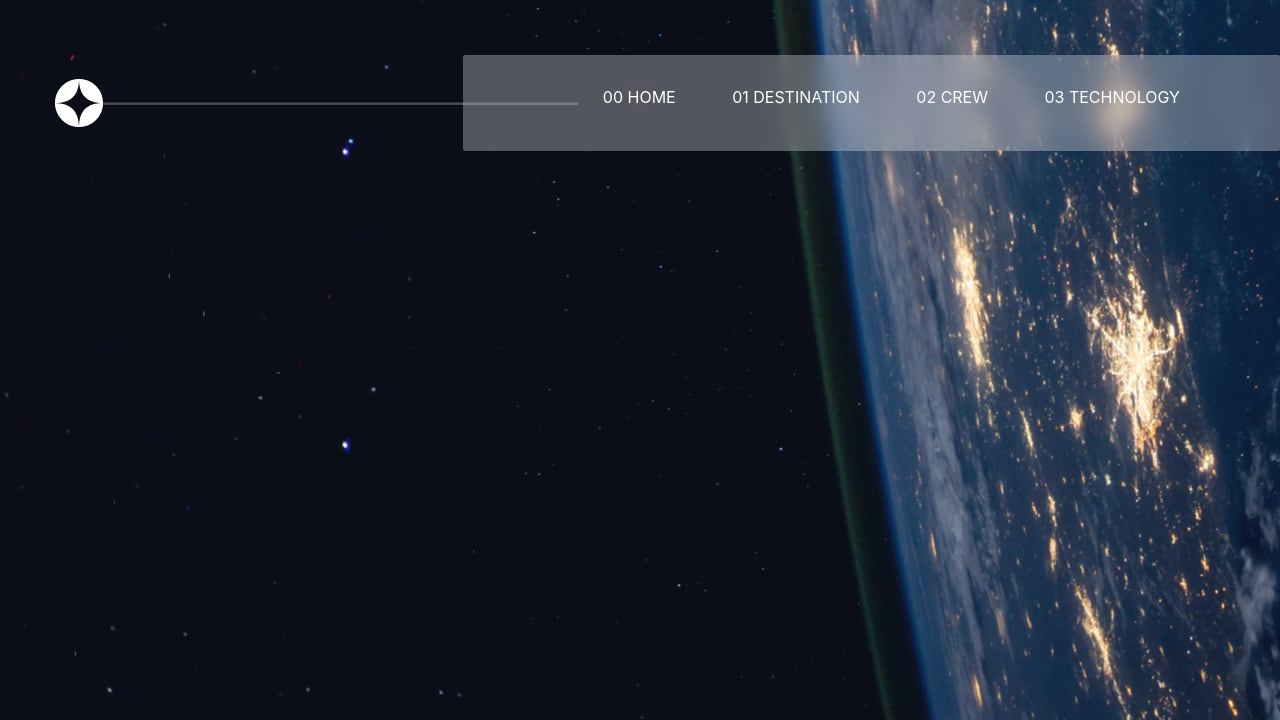
Repository: jhonenmanuel1/FrontEndMentor-MultiPageSpace
Page: /
An editor plug-in stored every save of this project. The page is shown before and after the next save, followed by the edit.
The browser window is 1280 px wide. The pictures show the whole page.
The project was rebuilt for these pictures with package versions that can differ from the ones it lists, and the page was loaded fresh each time. Also part of the build but not shown: src/views/home.js.

Above is the page before, as saved 2022-06-23 21:44:40.

After the next save:
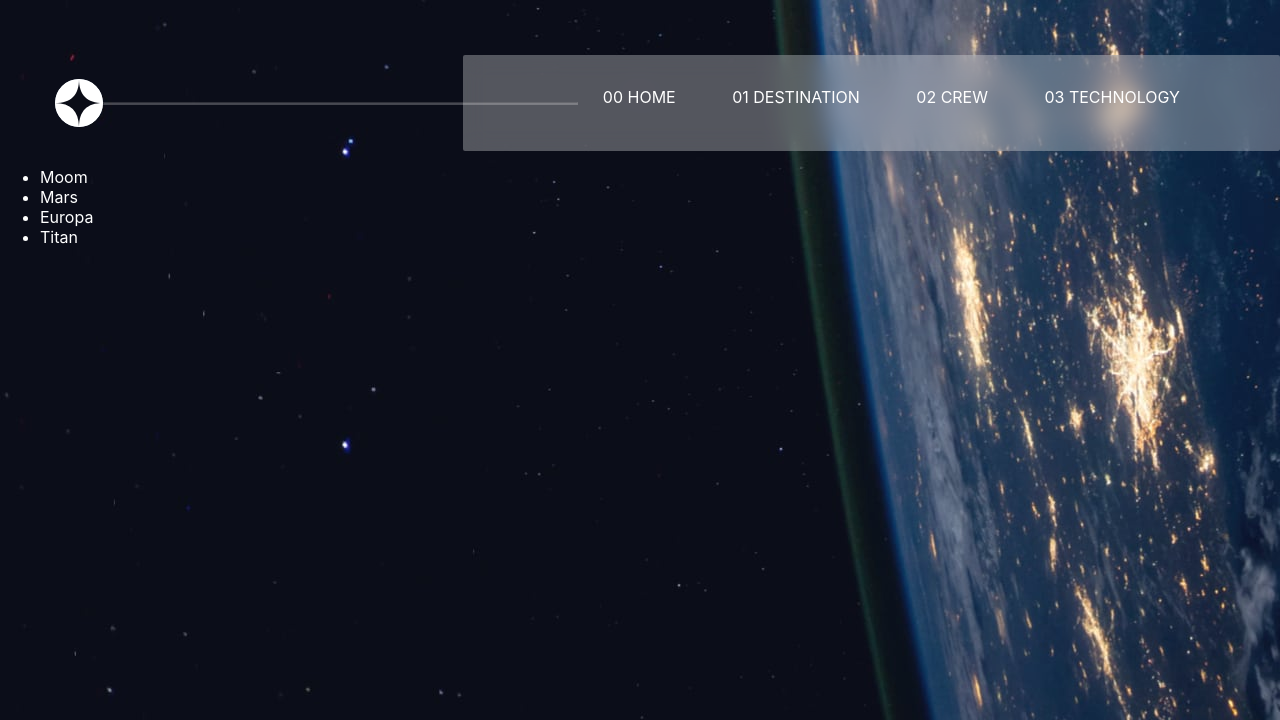
Saved 5 min 54 s later.
--- a/src/views/destination.js
+++ b/src/views/destination.js
@@ -1,8 +1,20 @@
-
-
-export default function Destination(){
-
-    return<>
-        <div className="destinationContainer"></div>
+export default function Destination() {
+  return (
+    <>
+      <div className="destinationContainer">
+        <div className="planetCard">
+          <div className="titlePlanet"></div>
+          <div className="planetCardImage"></div>
+        </div>
+        <div>
+            <ul>
+                <li>Moom</li>
+                <li>Mars</li>
+                <li>Europa</li>
+                <li>Titan</li>
+            </ul>
+        </div>
+      </div>
     </>
+  );
 }

After the save that followed:
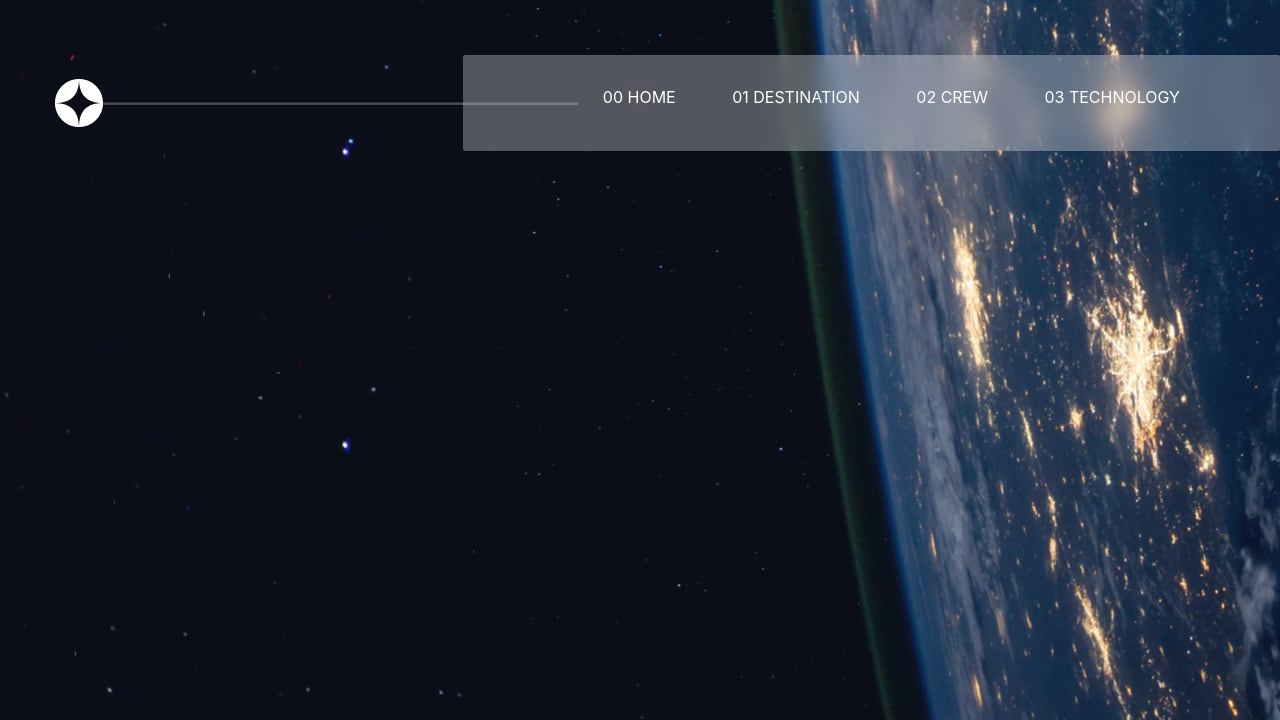
Saved 43 s later.
--- a/src/views/destination.js
+++ b/src/views/destination.js
@@ -1,3 +1,5 @@
+import PlanetCardInfo from "../atoms/PlanetCardInfo";
+
 export default function Destination() {
   return (
     <>
@@ -7,12 +9,7 @@
           <div className="planetCardImage"></div>
         </div>
         <div>
-            <ul>
-                <li>Moom</li>
-                <li>Mars</li>
-                <li>Europa</li>
-                <li>Titan</li>
-            </ul>
+            <PlanetCardInfo/>
         </div>
       </div>
     </>
